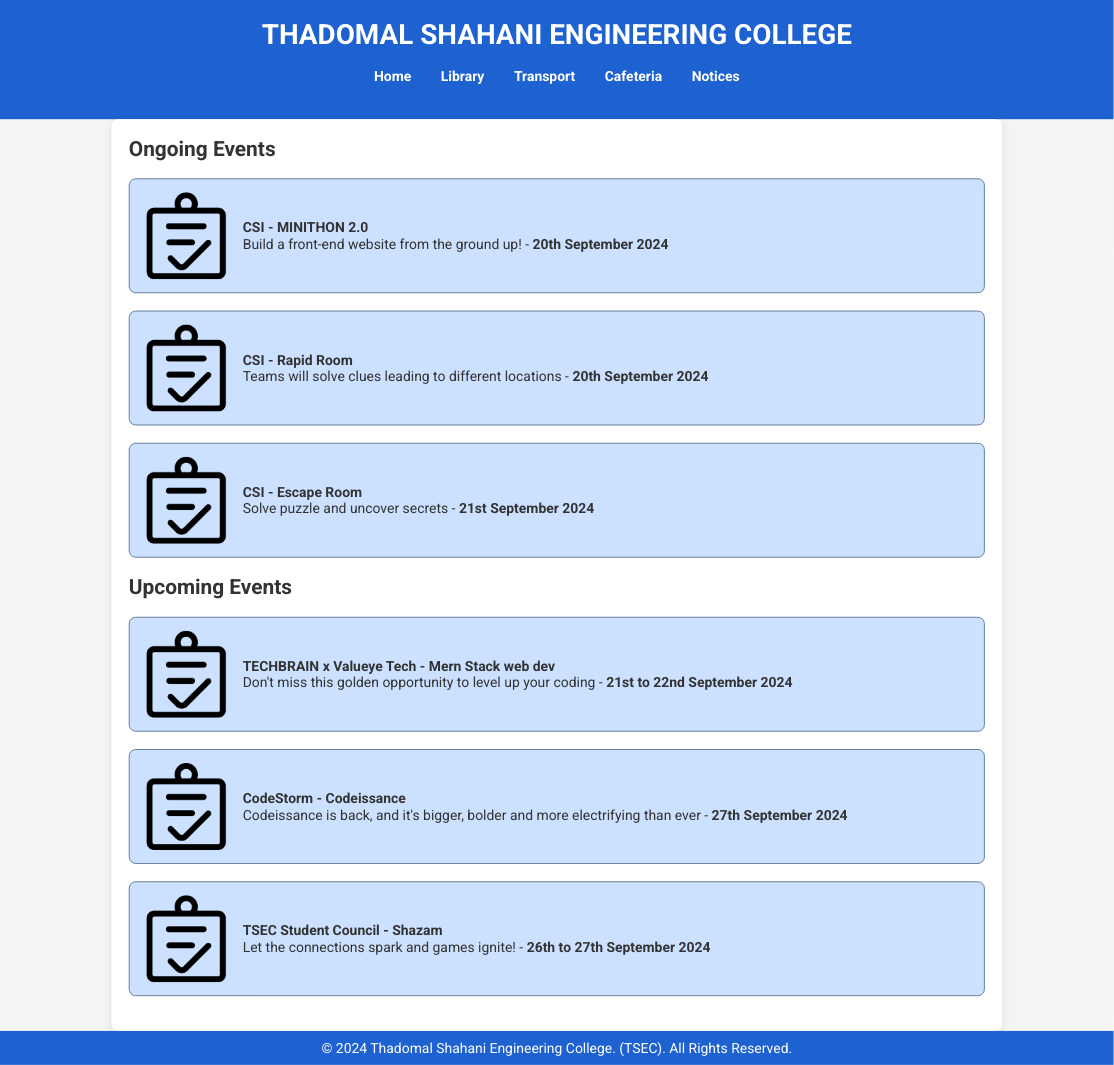
Repository: TejasS1233/MINITHON-hackathon-project
Page: Event.html
An editor plug-in stored every save of this project. The page is shown before and after the next save, followed by the edit.
The browser window is 1280 px wide. The pictures show the whole page, at 87% of full size.

Above is the page before, as saved 2024-09-20 11:00:56.

### Event.html
<!DOCTYPE html>
<html lang="en">

<head>
    <meta charset="UTF-8">
    <meta name="viewport" content="width=device-width, initial-scale=1.0">
    <title>Events | TSEC</title>
    <link rel="icon" href="favicon.ico" type="image/x-icon">
    <link rel="stylesheet" href="styles.css">
    <link rel="preconnect" href="https://fonts.googleapis.com">
    <link rel="preconnect" href="https://fonts.gstatic.com" crossorigin>
    <link href="https://fonts.googleapis.com/css2?family=Roboto:wght@400;700&display=swap" rel="stylesheet">
    <style>
        body {
            font-family: 'Roboto', sans-serif;
            background-color: #f4f4f4;
            margin: 0;
            padding: 0;
        }

        header {
            background-color: #1d62d0;
            color: white;
            padding: 20px;
            text-align: center;
        }

        nav {
            margin: 20px 0;
        }

        nav a {
            margin: 0 15px;
            color: #ffffff;
            font-weight: bold;
            text-decoration: none;
        }

        .container {
            width: 80%;
            margin: auto;
            padding: 20px;
            background: white;
            border-radius: 8px;
            box-shadow: 0 2px 10px rgba(0, 0, 0, 0.1);
        }

        .event-card {
            display: flex;
            align-items: center;
            background: #cce0ff;
            border: 1px solid rgb(83, 114, 141);
            border-radius: 8px;
            margin: 20px 0;
            padding: 15px;
        }

        .event-card img {
            width: 150px;
            height: 100px;
            border-radius: 8px;
            margin-right: 15px;
        }

        footer {
            text-align: center;
            padding: 10px 0;
            background-color: #1d62d0;
            color: white;
            position: relative;
            bottom: 0;
            width: 100%;
        }
        .event-card img {
            width: 100px;
            height: 100px;
            border-radius: 8px;
            margin-right: 15px;
        }
    </style>
</head>

<body>

    <header>
        <h1>THADOMAL SHAHANI ENGINEERING COLLEGE</h1>
        <nav>
            <a href="index.html">Home</a>
            <a href="#">Library</a>
            <a href="#">Transport</a>
            <a href="#">Cafeteria</a>
            <a href="#">Notices</a>
        </nav>
    </header>

    <div class="container">
        <h2>Ongoing Events</h2>
        <div class="event-card">
            <img src="Events.png" alt="Event 1">
            <div>
                <h4>CSI - MINITHON 2.0</h4>
                <p>Build a front-end website from the ground up! - <strong>20th September 2024</strong></p>
            </div>
        </div>

        <div class="event-card">
            <img src="Events.png" alt="Event 2">
            <div>
                <h4>CSI - Rapid Room</h4>
                <p>Teams will solve clues leading to different locations - <strong>20th September 2024</strong></p>
            </div>
        </div>

        <div class="event-card">
            <img src="Events.png" alt="Event 3">
            <div>
                <h4>CSI - Escape Room</h4>
                <p>Solve puzzle and uncover secrets - <strong>21st September 2024</strong></p>
            </div>
        </div>
        <h2>Upcoming Events</h2>
        <div class="event-card">
            <img src="Events.png" alt="Event 4">
            <div>
                <h4>TECHBRAIN x Valueye Tech - Mern Stack web dev</h4>
                <p>Don't miss this golden opportunity to level up your coding - <strong>21st to 22nd September 2024</strong></p>
            </div>
        </div>

        <div class="event-card">
            <img src="Events.png" alt="Event 5">
            <div>
                <h4>CodeStorm - Codeissance</h4>
                <p>Codeissance is back, and it's bigger, bolder and more electrifying than ever - <strong>27th September 2024</strong></p>
            </div>
        </div>

        <div class="event-card">
            <img src="Events.png" alt="Event 5">
            <div>
                <h4>TSEC Student Council - Shazam</h4>
                <p>Let the connections spark and games ignite! - <span style="font-weight: bold;">26th to 27th September 2024</p>
            </div>
        </div>
    </div>

    <footer>
        <p>&copy; 2024 Thadomal Shahani Engineering College. (TSEC). All Rights Reserved.</p>
    </footer>

</body>

</html>

### styles.css
/* Global Reset */
* {
    margin: 0;
    padding: 0;
    box-sizing: border-box;
}

/* Body Styling */
body {
    font-family: 'Arial', sans-serif;
    background-color: #f2f2f2; /* Light gray background */
    color: #333;
    padding: 20px;
}

/* Announcement Heading */
.announcement-heading {
    background-color: #333; /* Dark gray background for heading */
    color: #fff; /* White text color */
    padding: 20px 0;
    text-align: center;
    margin-bottom: 20px;
}

/* Announcement Grid */
.announcement-grid {
    display: grid;
    grid-template-columns: repeat(auto-fit, minmax(400px, 1fr));
    gap: 20px;
    margin-bottom: 10px;
}

/* Individual Announcement */
.announcement {
    background-color: #fff; /* White background for announcements */
    padding: 20px;
    border-radius: 8px; /* Rounded corners */
    box-shadow: 0 4px 8px rgba(0, 0, 0, 0.1); /* Subtle box shadow */
    height: 420px;
    position: relative;
}

.announcement h2 {
    font-size: 1.8em;
    margin-bottom: 10px;
    color: #333; /* Dark text color */
}

.announcement p {
    font-size: 1em;
    margin-bottom: 10px;
    color: #666; /* Slightly darker gray text color */
}

.cta-button {
    display: inline-block;
    background-color: #4CAF50; /* Green button */
    color: #fff; /* White text color */
    padding: 10px 20px;
    text-decoration: none;
    border-radius: 5px;
    margin-top: 10px;
    font-weight: bold;
    transition: background-color 0.3s ease;
    box-shadow: 0 2px 4px rgba(0, 0, 0, 0.1);
    position: absolute;
    bottom: 20px;
    overflow: hidden;
    text-align: center;
}

.cta-button:hover {
    background-color: #45a049;
    cursor: pointer;
}

/* Footer Styling */
footer {
    text-align: center;
    padding: 20px 0;
    background-color: #333;
    color: #fff;
    position: relative;
    width: 100%;
}

After the next save:
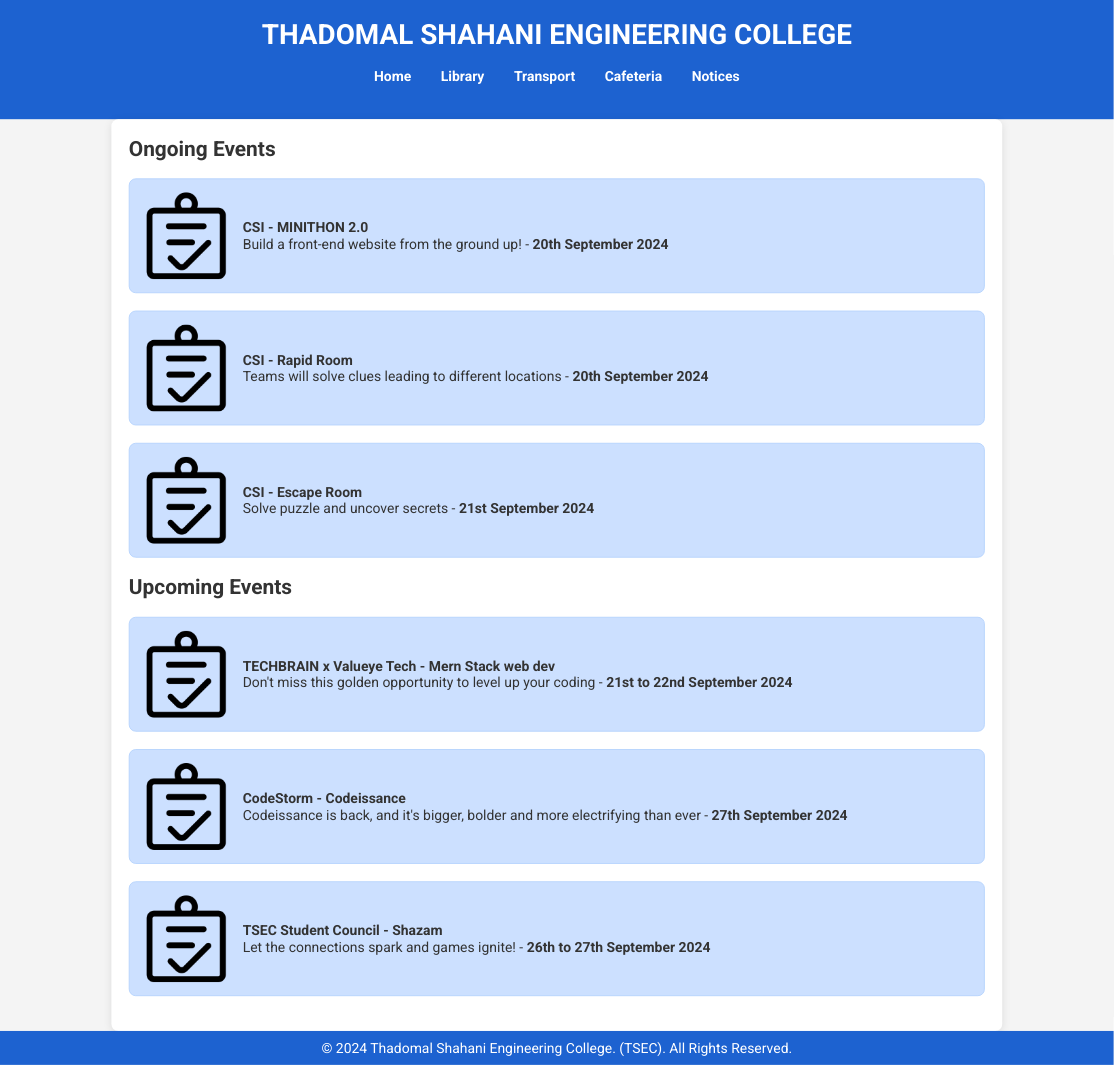
Saved 23 s later.
--- a/Event.html
+++ b/Event.html
@@ -49,7 +49,7 @@
             display: flex;
             align-items: center;
             background: #cce0ff;
-            border: 1px solid rgb(83, 114, 141);
+            border: 1px solid #b5d2fd;
             border-radius: 8px;
             margin: 20px 0;
             padding: 15px;
